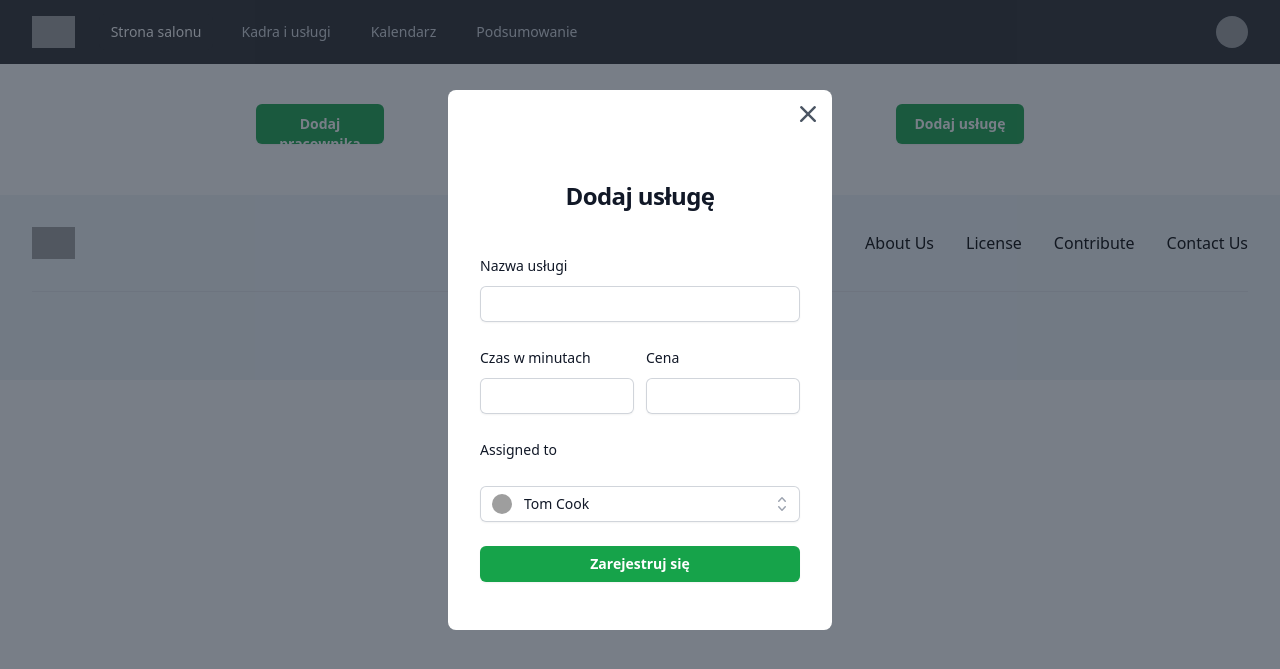
Repository: PrzemyslawJura/my-app
Page: /pracownicy (app in frontend/), after clicking the first element matching `div.gap-x-6 > :nth-child(2)`
An editor plug-in stored every save of this project. The page is shown before and after the next save, followed by the edit.
The browser window is 1280 px wide. The pictures show the whole page.
Pictures or frames that could not be fetched are drawn as grey boxes. The page's requests for data from a server got no answer. The project was rebuilt for these pictures with package versions that can differ from the ones it lists, and the page was loaded fresh each time. No one was signed in, and anything a server would have sent is missing. Also part of the build but not shown: frontend/src/components/Location.jsx, frontend/src/home/Feature.jsx, frontend/src/shared_np_buttony_inputy_kalendarze_itp/PaginationTile.jsx, frontend/src/home/Pagination.jsx, frontend/src/home/Listbox.jsx, frontend/src/home/StepOne.jsx, frontend/src/home/StepTwo.jsx, frontend/src/home/SalonOffer.jsx and 22 more.

Above is the page before, as saved 2023-11-24 18:50:17.

After the next save:
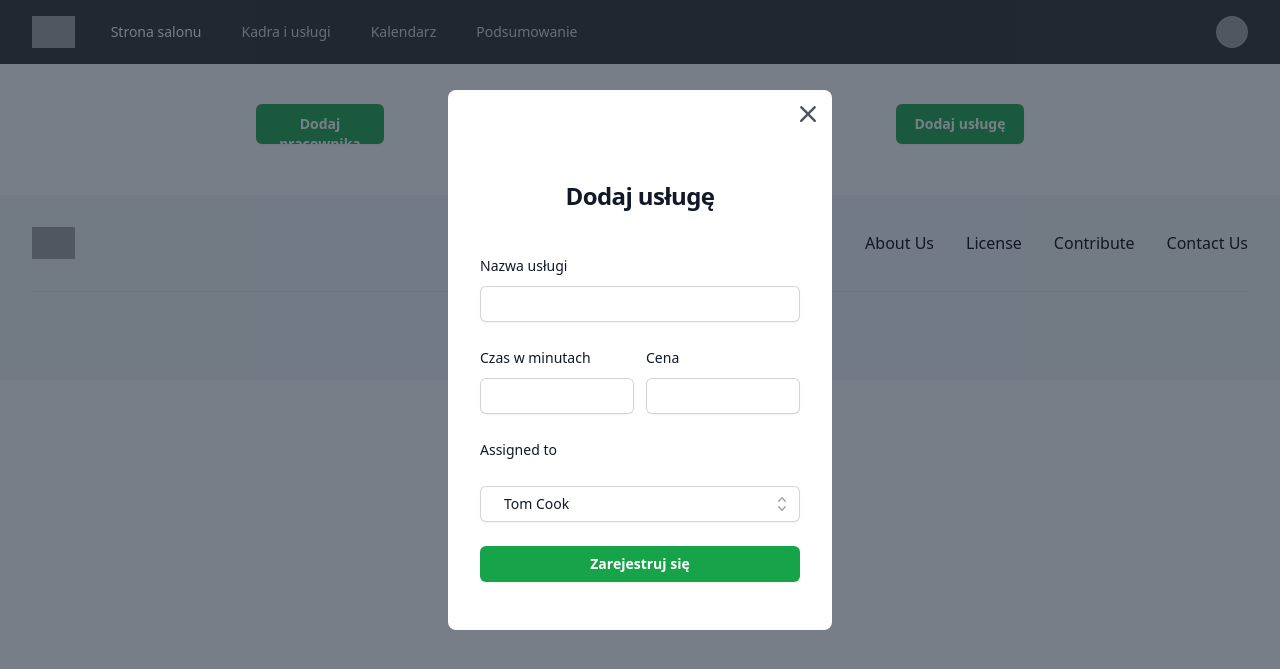
Saved 39 s later.
--- a/frontend/src/shared_np_buttony_inputy_kalendarze_itp/SelectMenu.jsx
+++ b/frontend/src/shared_np_buttony_inputy_kalendarze_itp/SelectMenu.jsx
@@ -80,7 +80,6 @@ export default function SelectMenu() {
           <div className="relative mt-2">
             <Listbox.Button className="relative w-full cursor-default rounded-md bg-white py-1.5 pl-3 pr-10 text-left text-gray-900 shadow-sm ring-1 ring-inset ring-gray-300 focus:outline-none focus:ring-2 focus:ring-indigo-500 sm:text-sm sm:leading-6">
               <span className="flex items-center">
-                <img src={selected.avatar} alt="" className="h-5 w-5 flex-shrink-0 rounded-full" />
                 <span className="ml-3 block truncate">{selected.name}</span>
               </span>
               <span className="pointer-events-none absolute inset-y-0 right-0 ml-3 flex items-center pr-2">
